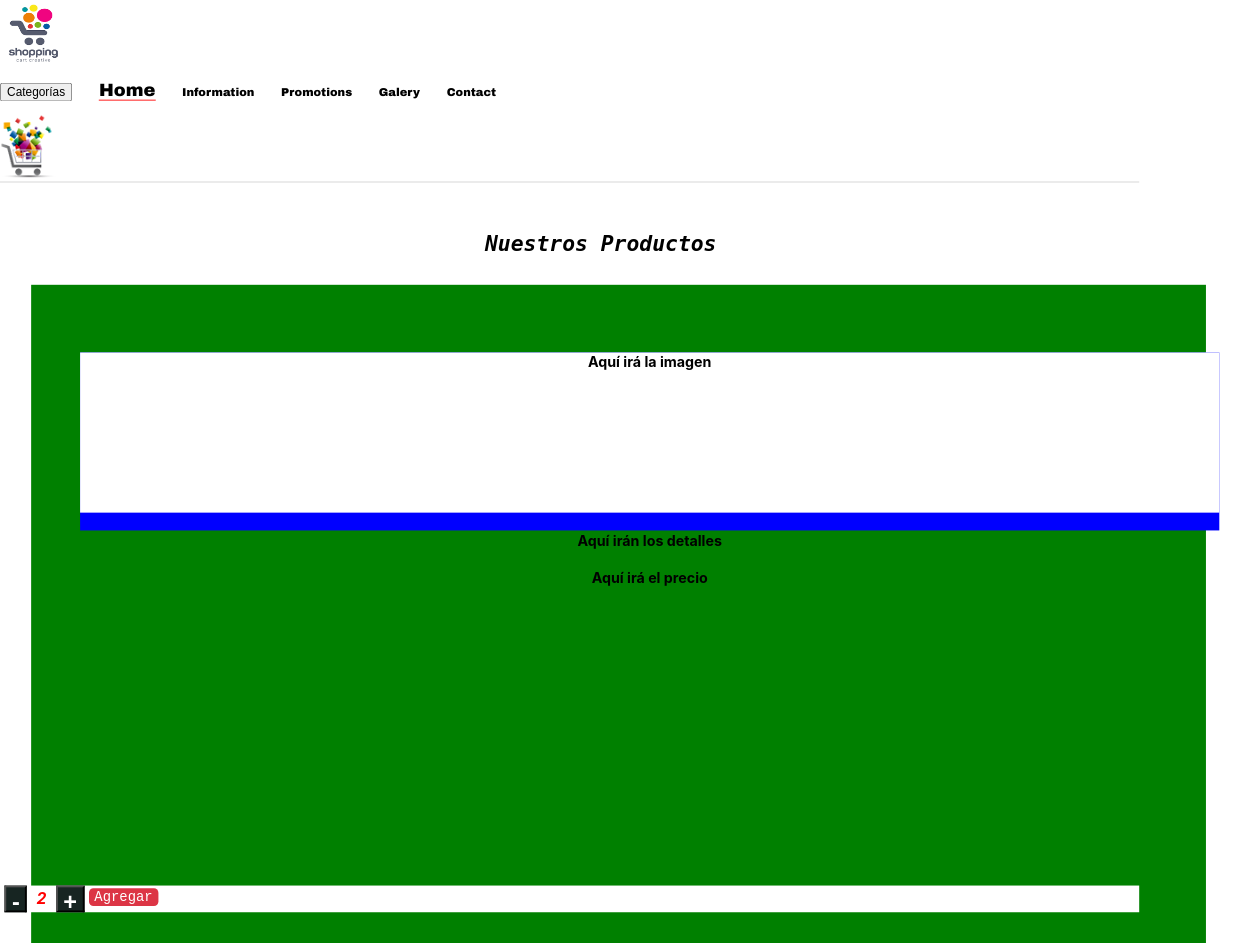
Repository: gustavomanuelquintana/CoderRepository
Page: / (app in cards-commers/)
The author's editor kept a copy of each file at every save. The page is drawn from the files as they stood at one save, then again after the next save.
The browser window is 1280 px wide. The page is 1405 px wide, so the pictures cover 1405 px, including what lies to the right of the window. The pictures show the whole page, at 89% of full size.
The project was rebuilt for these pictures with package versions that can differ from the ones it lists, and the page was loaded fresh each time.

Above is the page before, as saved 2020-10-31 14:51:56.

After the next save:
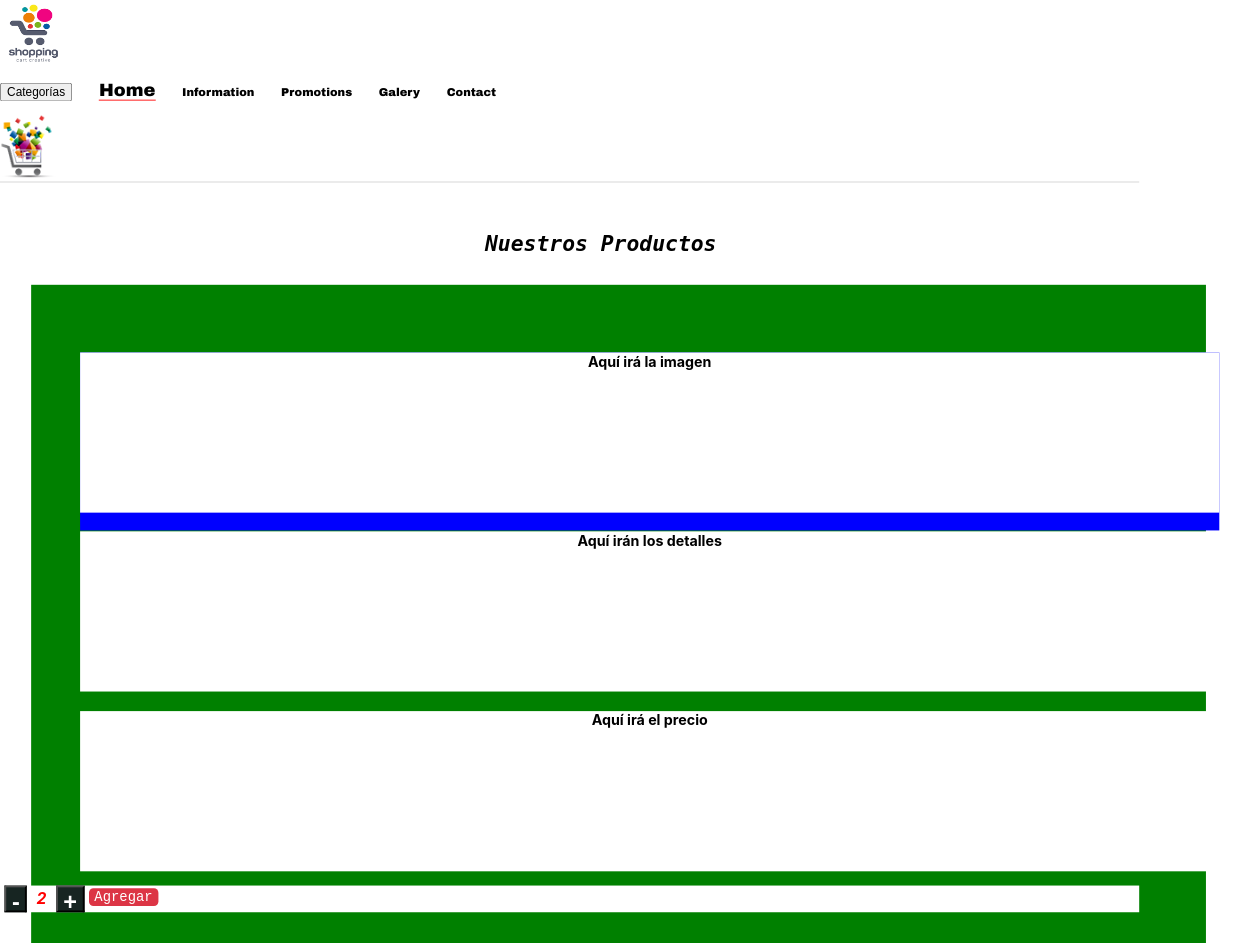
Saved 18 s later.
--- a/cards-commers/src/Components/ItemListContainer/Item/Item.css
+++ b/cards-commers/src/Components/ItemListContainer/Item/Item.css
@@ -10,7 +10,7 @@
     margin:0.60em auto;
 }
 
-.containerDetails{
+.containerDetail{
     background: white;
     max-height:200px;
     height: 180px;
